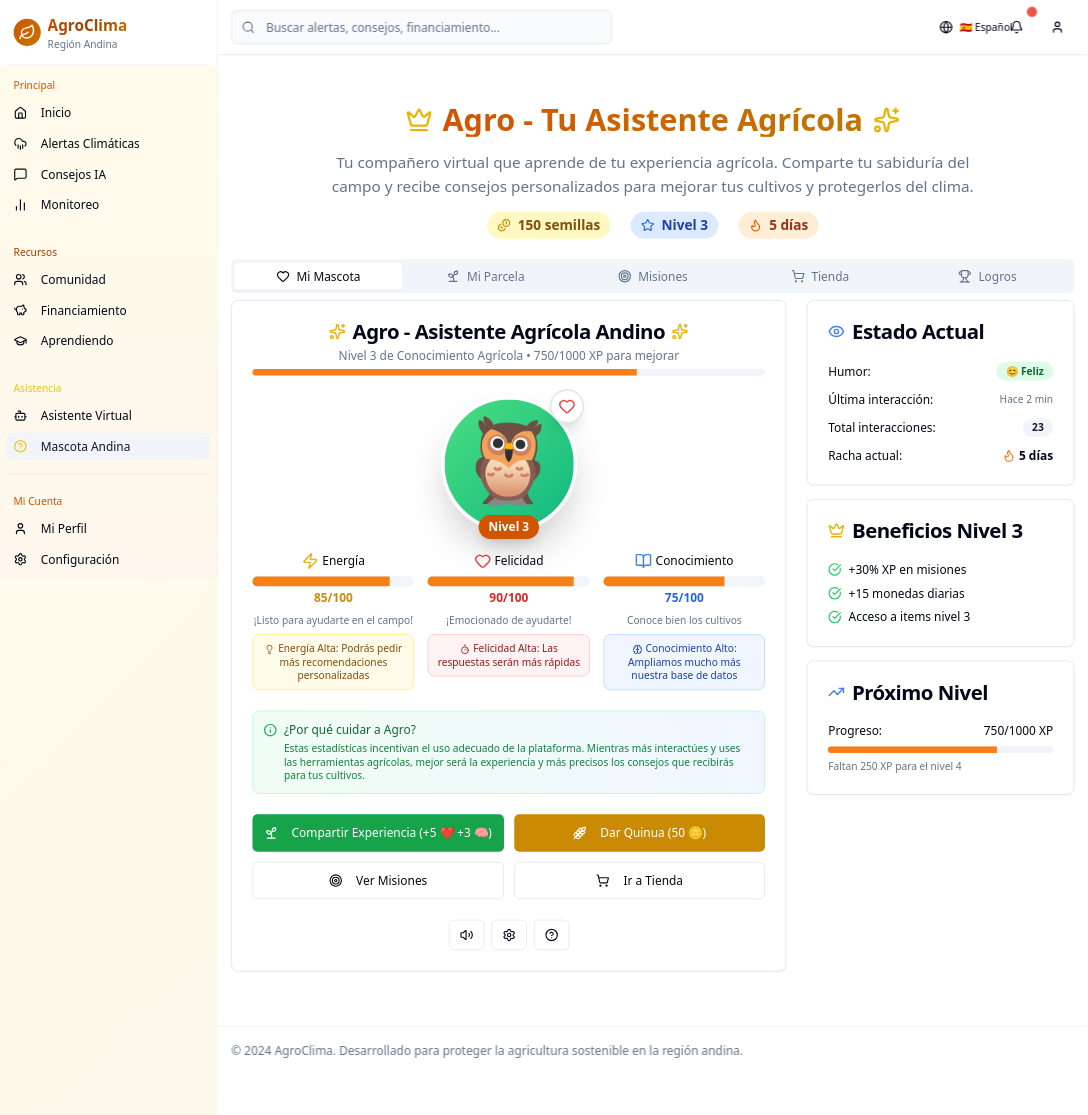
Repository: EdwinSotto123/campo-futuro-alerta-clim
Page: /mascota
An editor plug-in stored every save of this project. The page is shown before and after the next save, followed by the edit.
The browser window is 1280 px wide. The pictures show the whole page, at 85% of full size.
The project was rebuilt for these pictures with package versions that can differ from the ones it lists, and the page was loaded fresh each time. Also part of the build but not shown: vite.config.ts, src/components/ui/tooltip.tsx, src/components/HeroSection.tsx, src/components/AITechnologySection.tsx, src/components/FeaturesSection.tsx, src/components/SDGSection.tsx, src/pages/Index.tsx, src/pages/NotFound.tsx and 21 more.

Above is the page before, as saved 2025-05-29 02:59:36.

### index.html

<!DOCTYPE html>
<html lang="es">
  <head>
    <meta charset="UTF-8" />
    <meta name="viewport" content="width=device-width, initial-scale=1.0" />
    <title>AgroClima - Protege tu cosecha ante el cambio climático</title>
    <meta name="description" content="Plataforma innovadora para agricultores con alertas climáticas tempranas, consejos personalizados y asistencia integral ante emergencias climáticas. Contribuyendo a los ODS 2, 13 y 15." />
    <meta name="author" content="AgroClima" />

    <meta property="og:title" content="AgroClima - Protege tu cosecha ante el cambio climático" />
    <meta property="og:description" content="Alertas tempranas, consejos con IA y asistencia integral para minimizar el impacto climático en la agricultura" />
    <meta property="og:type" content="website" />
    <meta property="og:image" content="https://lovable.dev/opengraph-image-p98pqg.png" />

    <meta name="twitter:card" content="summary_large_image" />
    <meta name="twitter:site" content="@agroclima" />
    <meta name="twitter:image" content="https://lovable.dev/opengraph-image-p98pqg.png" />

    <!-- Favicon -->
    <link rel="icon" href="data:[embedded picture, 125 characters]" />
  </head>

  <body>
    <div id="root"></div>
    <!-- IMPORTANT: DO NOT REMOVE THIS SCRIPT TAG OR THIS VERY COMMENT! -->
    <script src="https://cdn.gpteng.co/gptengineer.js" type="module"></script>
    <script type="module" src="/src/main.tsx"></script>
  </body>
</html>

### src/components/ui/toaster.tsx
import { useToast } from "@/hooks/use-toast"
import {
  Toast,
  ToastClose,
  ToastDescription,
  ToastProvider,
  ToastTitle,
  ToastViewport,
} from "@/components/ui/toast"

export function Toaster() {
  const { toasts } = useToast()

  return (
    <ToastProvider>
      {toasts.map(function ({ id, title, description, action, ...props }) {
        return (
          <Toast key={id} {...props}>
            <div className="grid gap-1">
              {title && <ToastTitle>{title}</ToastTitle>}
              {description && (
                <ToastDescription>{description}</ToastDescription>
              )}
            </div>
            {action}
            <ToastClose />
          </Toast>
        )
      })}
      <ToastViewport />
    </ToastProvider>
  )
}

### src/components/ui/sonner.tsx
import { useTheme } from "next-themes"
import { Toaster as Sonner, toast } from "sonner"

type ToasterProps = React.ComponentProps<typeof Sonner>

const Toaster = ({ ...props }: ToasterProps) => {
  const { theme = "system" } = useTheme()

  return (
    <Sonner
      theme={theme as ToasterProps["theme"]}
      className="toaster group"
      toastOptions={{
        classNames: {
          toast:
            "group toast group-[.toaster]:bg-background group-[.toaster]:text-foreground group-[.toaster]:border-border group-[.toaster]:shadow-lg",
          description: "group-[.toast]:text-muted-foreground",
          actionButton:
            "group-[.toast]:bg-primary group-[.toast]:text-primary-foreground",
          cancelButton:
            "group-[.toast]:bg-muted group-[.toast]:text-muted-foreground",
        },
      }}
      {...props}
    />
  )
}

export { Toaster, toast }

### src/components/AppLayout.tsx
import { ReactNode } from "react";
import Header from "@/components/Header";
import AppSidebar from "@/components/AppSidebar";
import { SidebarProvider, SidebarInset } from "@/components/ui/sidebar";
import AnimalAdvisor from "@/components/AnimalAdvisor";
import VirtualAssistant from "@/components/VirtualAssistant";
import { useLocation } from "react-router-dom";

interface AppLayoutProps {
  children: ReactNode;
}



const AppLayout = ({ children }: AppLayoutProps) => {
  const location = useLocation();
  const path = location.pathname;

  // Only show interactive elements on main pages, not on their dedicated pages
  const showInteractive = path !== "/asistente" && path !== "/mascota";

  return (
    <div className="min-h-screen bg-gradient-to-br from-amber-50 to-orange-50">
      <SidebarProvider>
        <AppSidebar />
        <SidebarInset className="pb-12">
          <Header />
          <main className="container px-4 py-8">
            {children}
          </main>
          <footer className="border-t bg-background/80 backdrop-blur-sm mt-8 border-agriculture-terracotta/10">
            <div className="container flex h-14 items-center justify-between px-4">
              <p className="text-sm text-muted-foreground">
                © 2024 AgroClima. Desarrollado para proteger la agricultura sostenible en la región andina.
              </p>
            </div>
          </footer>
        </SidebarInset>
      </SidebarProvider>

      {/* Interactive Elements - only show on main pages */}
      {showInteractive && (
        <>
          <AnimalAdvisor />
          <VirtualAssistant />
        </>
      )}
    </div>
  );
};

export default AppLayout;

### src/components/Header.tsx
import { Bell, Search, User } from "lucide-react";
import { Button } from "@/components/ui/button";
import { Input } from "@/components/ui/input";
import LanguageSelector from "@/components/LanguageSelector";
import { useLanguage } from "@/contexts/LanguageContext";

const Header = () => {
  // Usar el contexto de idioma
  const { language, setLanguage } = useLanguage();

  return (
    <header className="sticky top-0 z-50 w-full border-b bg-background/95 backdrop-blur supports-[backdrop-filter]:bg-background/60">
      <div className="container flex h-16 items-center justify-between px-4">
        {/* Search Bar */}
        <div className="md:flex flex-1 max-w-md">
          <div className="relative w-full">
            <Search className="absolute left-3 top-1/2 transform -translate-y-1/2 text-muted-foreground h-4 w-4" />
            <Input
              placeholder="Buscar alertas, consejos, financiamiento..."
              className="pl-10 bg-muted/50"
            />
          </div>
        </div>

        {/* Actions */}
        <div className="flex items-center space-x-2">
          {/* Selector de idioma */}
          <LanguageSelector
            currentLanguage={language}
            onLanguageChange={setLanguage}
          />

          <Button variant="ghost" size="icon" className="relative">
            <Bell className="h-5 w-5" />
            <span className="absolute -top-1 -right-1 h-3 w-3 bg-agriculture-danger rounded-full animate-pulse-glow"></span>
          </Button>

          <Button variant="ghost" size="icon">
            <User className="h-5 w-5" />
          </Button>
        </div>
      </div>
    </header>
  );
};

export default Header;

### src/components/AppSidebar.tsx
import {
  Home, Bell, BarChart2, CloudRain, Users, PiggyBank, MessageSquare, Settings, Leaf, Bot, HelpCircle, GraduationCap, User, Grid3X3, Tractor
} from "lucide-react";
import { useLocation } from "react-router-dom";
import {
  Sidebar,
  SidebarContent,
  SidebarHeader,
  SidebarMenu,
  SidebarMenuItem,
  SidebarMenuButton,
  SidebarSeparator,
  SidebarGroup,
  SidebarGroupLabel,
  SidebarGroupContent
} from "@/components/ui/sidebar";
import { Link } from "react-router-dom";

export function AppSidebar() {
  const location = useLocation();

  // Define the main navigation items
  const navItems = [
    {
      icon: Home,
      label: "Inicio",
      path: "/"
    },
    {
      icon: CloudRain,
      label: "Alertas Climáticas",
      path: "/alertas"
    },
    {
      icon: MessageSquare,
      label: "Consejos IA",
      path: "/consejos"
    },
    {
      icon: BarChart2,
      label: "Monitoreo",
      path: "/monitoreo"
    },
  ];

  // Define resources navigation items
  const resourceItems = [
    {
      icon: Users,
      label: "Comunidad",
      path: "/comunidad"
    },
    {
      icon: PiggyBank,
      label: "Financiamiento",
      path: "/financiamiento"
    },
    {
      icon: GraduationCap,
      label: "Aprendiendo",
      path: "/aprendiendo"
    },
  ];

  // Define chatbot and assistance items
  const chatItems = [
    {
      icon: Bot,
      label: "Asistente Virtual",
      path: "/asistente"
    },
    {
      icon: HelpCircle,
      label: "Mascota Andina",
      path: "/mascota"
    },
  ];

  // Define account items
  const accountItems = [
    {
      icon: User,
      label: "Mi Perfil",
      path: "/perfil"
    },
    {
      icon: Settings,
      label: "Configuración",
      path: "/configuracion"
    },
  ];

  // Helper function to check if a path is active
  const isActive = (path: string) => {
    return location.pathname === path;
  };

  return (
    <Sidebar variant="sidebar" collapsible="none" className="border-r border-agriculture-terracotta/20">
      <SidebarHeader className="flex flex-col gap-4 py-4">
        <div className="flex items-center gap-2 px-2">
          <div className="bg-gradient-to-br from-agriculture-terracotta to-agriculture-earth h-8 w-8 rounded-full flex items-center justify-center">
            <Leaf className="text-white h-5 w-5" />
          </div>
          <div>
            <h3 className="font-semibold text-lg text-gradient">AgroClima</h3>
            <p className="text-xs text-muted-foreground">Región Andina</p>
          </div>
        </div>
      </SidebarHeader>
      <SidebarSeparator />
      <SidebarContent className="bg-gradient-to-b from-amber-50 to-orange-50">
        <SidebarGroup>
          <SidebarGroupLabel className="text-agriculture-terracotta font-medium">Principal</SidebarGroupLabel>
          <SidebarGroupContent>
            <SidebarMenu>
              {navItems.map((item) => (
                <SidebarMenuItem key={item.path}>
                  <SidebarMenuButton asChild isActive={isActive(item.path)}>
                    <Link
                      to={item.path}
                      className={`flex items-center ${isActive(item.path) ? 'text-agriculture-terracotta font-medium' : 'hover:text-agriculture-terracotta'}`}
                    >
                      <item.icon className={`h-4 w-4 mr-2 ${isActive(item.path) ? 'text-agriculture-terracotta' : ''}`} />
                      <span>{item.label}</span>
                    </Link>
                  </SidebarMenuButton>
                </SidebarMenuItem>
              ))}
            </SidebarMenu>
          </SidebarGroupContent>
        </SidebarGroup>

        <SidebarGroup>
          <SidebarGroupLabel className="text-agriculture-brown font-medium">Recursos</SidebarGroupLabel>
          <SidebarGroupContent>
            <SidebarMenu>
              {resourceItems.map((item) => (
                <SidebarMenuItem key={item.path}>
                  <SidebarMenuButton asChild isActive={isActive(item.path)}>
                    <Link
                      to={item.path}
                      className={`flex items-center ${isActive(item.path) ? 'text-agriculture-brown font-medium' : 'hover:text-agriculture-brown'}`}
                    >
                      <item.icon className={`h-4 w-4 mr-2 ${isActive(item.path) ? 'text-agriculture-brown' : ''}`} />
                      <span>{item.label}</span>
                    </Link>
                  </SidebarMenuButton>
                </SidebarMenuItem>
              ))}
            </SidebarMenu>
          </SidebarGroupContent>
        </SidebarGroup>

        {/* Chatbot and assistance section */}
        <SidebarGroup>
          <SidebarGroupLabel className="text-agriculture-gold font-medium">Asistencia</SidebarGroupLabel>
          <SidebarGroupContent>
            <SidebarMenu>
              {chatItems.map((item) => (
                <SidebarMenuItem key={item.path}>
                  <SidebarMenuButton asChild isActive={isActive(item.path)}>
                    <Link
                      to={item.path}
                      className={`flex items-center ${isActive(item.path) ? 'text-agriculture-gold font-medium' : 'hover:text-agriculture-gold'}`}
                    >
                      <item.icon className={`h-4 w-4 mr-2 ${isActive(item.path) ? 'text-agriculture-gold' : ''}`} />
                      <span>{item.label}</span>
                    </Link>
                  </SidebarMenuButton>
                </SidebarMenuItem>
              ))}
            </SidebarMenu>
          </SidebarGroupContent>
        </SidebarGroup>

        <SidebarSeparator className="bg-agriculture-terracotta/10" />

        {/* Account section */}
        <SidebarGroup>
          <SidebarGroupLabel className="text-agriculture-terracotta font-medium">Mi Cuenta</SidebarGroupLabel>
          <SidebarGroupContent>
            <SidebarMenu>
              {accountItems.map((item) => (
                <SidebarMenuItem key={item.path}>
                  <SidebarMenuButton asChild isActive={isActive(item.path)}>
                    <Link
                      to={item.path}
                      className={`flex items-center ${isActive(item.path) ? 'text-agriculture-terracotta font-medium' : 'hover:text-agriculture-terracotta'}`}
                    >
                      <item.icon className={`h-4 w-4 mr-2 ${isActive(item.path) ? 'text-agriculture-terracotta' : ''}`} />
                      <span>{item.label}</span>
                    </Link>
                  </SidebarMenuButton>
                </SidebarMenuItem>
              ))}
            </SidebarMenu>
          </SidebarGroupContent>
        </SidebarGroup>
      </SidebarContent>
    </Sidebar>
  );
}

export default AppSidebar;

### src/components/ui/card.tsx
import * as React from "react"

import { cn } from "@/lib/utils"

const Card = React.forwardRef<
  HTMLDivElement,
  React.HTMLAttributes<HTMLDivElement>
>(({ className, ...props }, ref) => (
  <div
    ref={ref}
    className={cn(
      "rounded-lg border bg-card text-card-foreground shadow-sm",
      className
    )}
    {...props}
  />
))
Card.displayName = "Card"

const CardHeader = React.forwardRef<
  HTMLDivElement,
  React.HTMLAttributes<HTMLDivElement>
>(({ className, ...props }, ref) => (
  <div
    ref={ref}
    className={cn("flex flex-col space-y-1.5 p-6", className)}
    {...props}
  />
))
CardHeader.displayName = "CardHeader"

const CardTitle = React.forwardRef<
  HTMLParagraphElement,
  React.HTMLAttributes<HTMLHeadingElement>
>(({ className, ...props }, ref) => (
  <h3
    ref={ref}
    className={cn(
      "text-2xl font-semibold leading-none tracking-tight",
      className
    )}
    {...props}
  />
))
CardTitle.displayName = "CardTitle"

const CardDescription = React.forwardRef<
  HTMLParagraphElement,
  React.HTMLAttributes<HTMLParagraphElement>
>(({ className, ...props }, ref) => (
  <p
    ref={ref}
    className={cn("text-sm text-muted-foreground", className)}
    {...props}
  />
))
CardDescription.displayName = "CardDescription"

const CardContent = React.forwardRef<
  HTMLDivElement,
  React.HTMLAttributes<HTMLDivElement>
>(({ className, ...props }, ref) => (
  <div ref={ref} className={cn("p-6 pt-0", className)} {...props} />
))
CardContent.displayName = "CardContent"

const CardFooter = React.forwardRef<
  HTMLDivElement,
  React.HTMLAttributes<HTMLDivElement>
>(({ className, ...props }, ref) => (
  <div
    ref={ref}
    className={cn("flex items-center p-6 pt-0", className)}
    {...props}
  />
))
CardFooter.displayName = "CardFooter"

export { Card, CardHeader, CardFooter, CardTitle, CardDescription, CardContent }

### src/components/ui/badge.tsx
import * as React from "react"
import { cva, type VariantProps } from "class-variance-authority"

import { cn } from "@/lib/utils"

const badgeVariants = cva(
  "inline-flex items-center rounded-full border px-2.5 py-0.5 text-xs font-semibold transition-colors focus:outline-none focus:ring-2 focus:ring-ring focus:ring-offset-2",
  {
    variants: {
      variant: {
        default:
          "border-transparent bg-primary text-primary-foreground hover:bg-primary/80",
        secondary:
          "border-transparent bg-secondary text-secondary-foreground hover:bg-secondary/80",
        destructive:
          "border-transparent bg-destructive text-destructive-foreground hover:bg-destructive/80",
        outline: "text-foreground",
      },
    },
    defaultVariants: {
      variant: "default",
    },
  }
)

export interface BadgeProps
  extends React.HTMLAttributes<HTMLDivElement>,
    VariantProps<typeof badgeVariants> {}

function Badge({ className, variant, ...props }: BadgeProps) {
  return (
    <div className={cn(badgeVariants({ variant }), className)} {...props} />
  )
}

export { Badge, badgeVariants }

### src/components/ui/progress.tsx
import * as React from "react"
import * as ProgressPrimitive from "@radix-ui/react-progress"

import { cn } from "@/lib/utils"

const Progress = React.forwardRef<
  React.ElementRef<typeof ProgressPrimitive.Root>,
  React.ComponentPropsWithoutRef<typeof ProgressPrimitive.Root>
>(({ className, value, ...props }, ref) => (
  <ProgressPrimitive.Root
    ref={ref}
    className={cn(
      "relative h-4 w-full overflow-hidden rounded-full bg-secondary",
      className
    )}
    {...props}
  >
    <ProgressPrimitive.Indicator
      className="h-full w-full flex-1 bg-primary transition-all"
      style={{ transform: `translateX(-${100 - (value || 0)}%)` }}
    />
  </ProgressPrimitive.Root>
))
Progress.displayName = ProgressPrimitive.Root.displayName

export { Progress }

### src/components/ui/tabs.tsx
import * as React from "react"
import * as TabsPrimitive from "@radix-ui/react-tabs"

import { cn } from "@/lib/utils"

const Tabs = TabsPrimitive.Root

const TabsList = React.forwardRef<
  React.ElementRef<typeof TabsPrimitive.List>,
  React.ComponentPropsWithoutRef<typeof TabsPrimitive.List>
>(({ className, ...props }, ref) => (
  <TabsPrimitive.List
    ref={ref}
    className={cn(
      "inline-flex h-10 items-center justify-center rounded-md bg-muted p-1 text-muted-foreground",
      className
    )}
    {...props}
  />
))
TabsList.displayName = TabsPrimitive.List.displayName

const TabsTrigger = React.forwardRef<
  React.ElementRef<typeof TabsPrimitive.Trigger>,
  React.ComponentPropsWithoutRef<typeof TabsPrimitive.Trigger>
>(({ className, ...props }, ref) => (
  <TabsPrimitive.Trigger
    ref={ref}
    className={cn(
      "inline-flex items-center justify-center whitespace-nowrap rounded-sm px-3 py-1.5 text-sm font-medium ring-offset-background transition-all focus-visible:outline-none focus-visible:ring-2 focus-visible:ring-ring focus-visible:ring-offset-2 disabled:pointer-events-none disabled:opacity-50 data-[state=active]:bg-background data-[state=active]:text-foreground data-[state=active]:shadow-sm",
      className
    )}
    {...props}
  />
))
TabsTrigger.displayName = TabsPrimitive.Trigger.displayName

const TabsContent = React.forwardRef<
  React.ElementRef<typeof TabsPrimitive.Content>,
  React.ComponentPropsWithoutRef<typeof TabsPrimitive.Content>
>(({ className, ...props }, ref) => (
  <TabsPrimitive.Content
    ref={ref}
    className={cn(
      "mt-2 ring-offset-background focus-visible:outline-none focus-visible:ring-2 focus-visible:ring-ring focus-visible:ring-offset-2",
      className
    )}
    {...props}
  />
))
TabsContent.displayName = TabsPrimitive.Content.displayName

export { Tabs, TabsList, TabsTrigger, TabsContent }

### src/components/ui/input.tsx
import * as React from "react"

import { cn } from "@/lib/utils"

const Input = React.forwardRef<HTMLInputElement, React.ComponentProps<"input">>(
  ({ className, type, ...props }, ref) => {
    return (
      <input
        type={type}
        className={cn(
          "flex h-10 w-full rounded-md border border-input bg-background px-3 py-2 text-base ring-offset-background file:border-0 file:bg-transparent file:text-sm file:font-medium file:text-foreground placeholder:text-muted-foreground focus-visible:outline-none focus-visible:ring-2 focus-visible:ring-ring focus-visible:ring-offset-2 disabled:cursor-not-allowed disabled:opacity-50 md:text-sm",
          className
        )}
        ref={ref}
        {...props}
      />
    )
  }
)
Input.displayName = "Input"

export { Input }

### src/components/ui/separator.tsx
import * as React from "react"
import * as SeparatorPrimitive from "@radix-ui/react-separator"

import { cn } from "@/lib/utils"

const Separator = React.forwardRef<
  React.ElementRef<typeof SeparatorPrimitive.Root>,
  React.ComponentPropsWithoutRef<typeof SeparatorPrimitive.Root>
>(
  (
    { className, orientation = "horizontal", decorative = true, ...props },
    ref
  ) => (
    <SeparatorPrimitive.Root
      ref={ref}
      decorative={decorative}
      orientation={orientation}
      className={cn(
        "shrink-0 bg-border",
        orientation === "horizontal" ? "h-[1px] w-full" : "h-full w-[1px]",
        className
      )}
      {...props}
    />
  )
)
Separator.displayName = SeparatorPrimitive.Root.displayName

export { Separator }

Loaded but not shown: src/main.tsx (common file); src/hooks/use-toast.ts (common file); src/lib/utils.ts (common file); src/hooks/use-mobile.tsx (common file); src/pages/MascotaAndina.tsx (3709 lines, source omitted); src/components/ui/sidebar.tsx (761 lines, source omitted); src/components/ui/dropdown-menu.tsx (198 lines, source omitted); src/components/ui/toast.tsx (127 lines, source omitted); src/components/ui/dialog.tsx (120 lines, source omitted); tailwind.config.ts (129 lines, source omitted); src/index.css (107 lines, source omitted); src/App.tsx (51 lines, source omitted); src/components/LanguageSelector.tsx (68 lines, source omitted); src/components/ui/button.tsx (56 lines, source omitted)

After the next save:
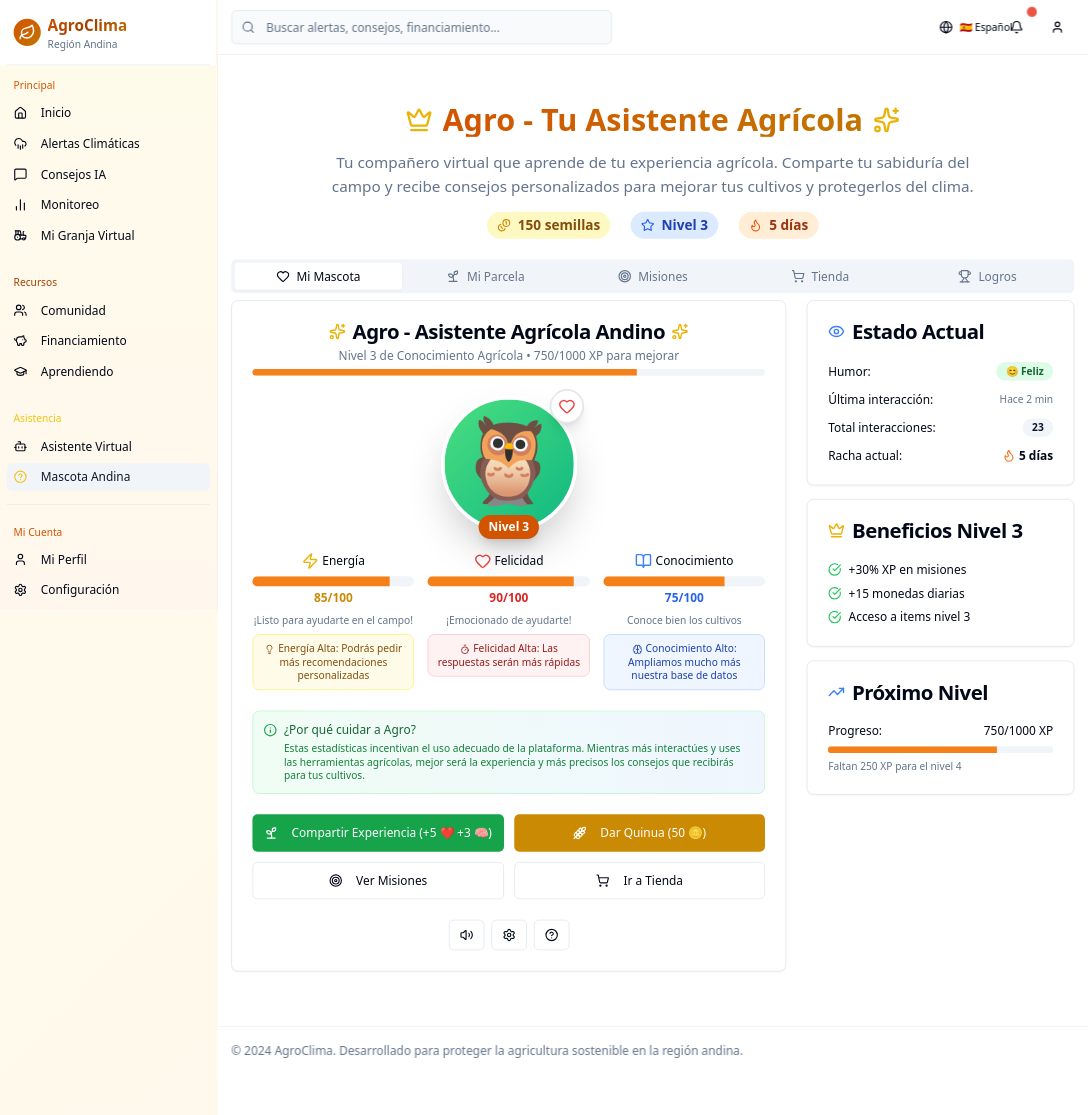
Saved 10 s later.
--- a/src/components/AppSidebar.tsx
+++ b/src/components/AppSidebar.tsx
@@ -41,6 +41,11 @@ export function AppSidebar() {
       label: "Monitoreo",
       path: "/monitoreo"
     },
+    {
+      icon: Tractor,
+      label: "Mi Granja Virtual",
+      path: "/mi-granja-virtual"
+    },
   ];
 
   // Define resources navigation items
